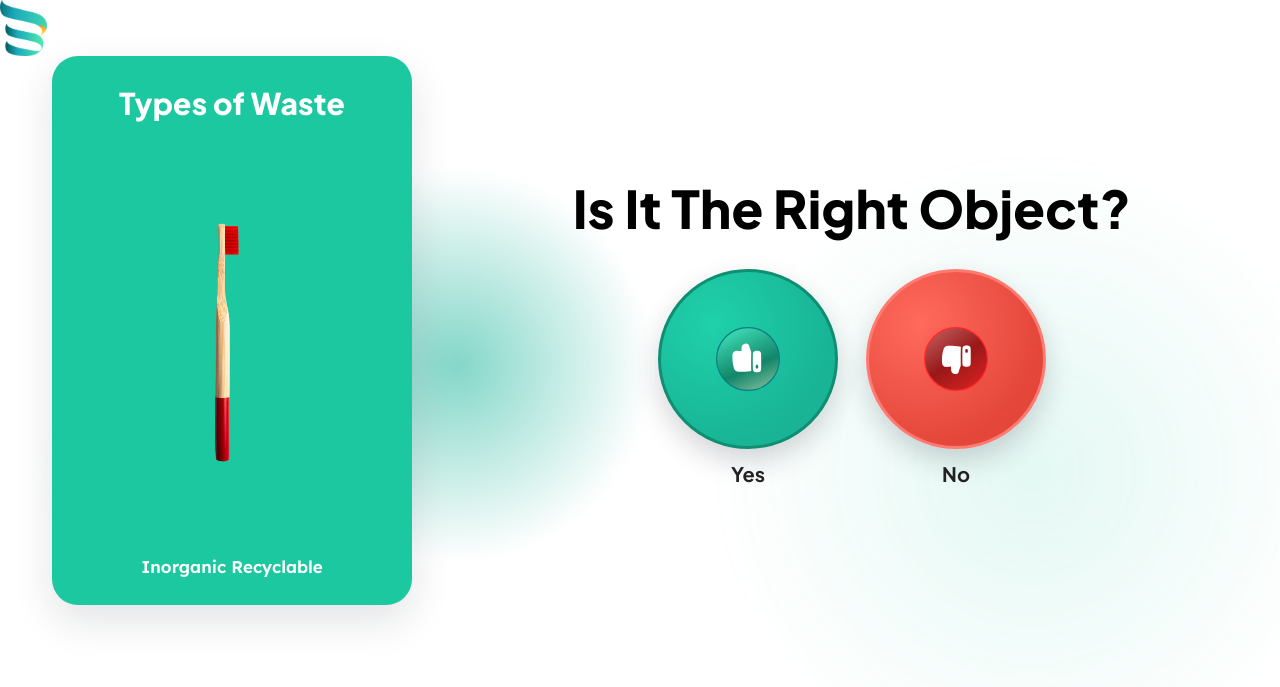
Repository: william-saputra/nusabin
Page: pages/products.html
The author's editor kept a copy of each file at every save. The page is drawn from the files as they stood at one save, then again after a run of saves.
The browser window is 1280 px wide. The pictures show the whole page.

Above is the page before, as saved 2025-08-13 10:56:38.

### pages/products.html
<!DOCTYPE html>
<html lang="en">
  <head>
    <meta charset="UTF-8" />
    <meta name="viewport" content="width=device-width, initial-scale=1.0" />
    <title>Nusabin – Products</title>
    <link href="https://fonts.googleapis.com/css2?family=Lexend:wght@400;600;700;800&family=Plus+Jakarta+Sans:wght@600;700;800&display=swap" rel="stylesheet" />
    <link rel="stylesheet" href="../styles/base.css" />
    <link rel="stylesheet" href="../styles/pages/products.css" />
  </head>
  <body>
    <div class="products-page">
      <header class="topbar">
        <img src="../assets/images/green_logo.png" alt="Nusabin" class="logo" />
        <div class="spacer"></div>
      </header>

      <main class="products-layout container">
        <section class="left-col">
          <article class="waste-card" aria-label="Types of Waste card">
            <h2 class="card-title">Types of Waste</h2>
            <div class="waste-visual">
              <img src="../assets/images/toothbrush.png" alt="Toothbrush" class="waste-image" />
            </div>
            <div class="waste-label">Inorganic Recyclable</div>
          </article>
        </section>

        <section class="right-col">
          <h1 class="page-heading">Is It The Right Object?</h1>
          <div class="actions" role="group" aria-label="Confirmation actions">
            <div class="action">
              <button class="round-btn yes" type="button" aria-label="Yes">
                <img src="../assets/icons/yes.svg" alt="Yes" />
              </button>
              <div class="btn-caption">Yes</div>
            </div>
            <div class="action">
              <button class="round-btn no" type="button" aria-label="No">
                <img src="../assets/icons/no.svg" alt="No" />
              </button>
              <div class="btn-caption">No</div>
            </div>
          </div>
        </section>
      </main>
    </div>
  </body>
  </html>

### styles/base.css
:root {
  --bg: #f6f9f8;
  --card: #ffffff;
  --text: #0b1220;
  --muted: #6b7280;
  --primary: #1cb59b;
  --danger: #e53935;
  --warning: #ffb74d;
  --ring: rgba(28, 181, 155, 0.35);
}

* { box-sizing: border-box; }
html, body { height: 100%; }
body {
  margin: 0;
  font-family: Lexend, Inter, system-ui, -apple-system, Segoe UI, Roboto, Helvetica, Arial, "Apple Color Emoji", "Segoe UI Emoji";
  color: var(--text);
  background: radial-gradient(1200px 700px at 70% 70%, #7ed8c4 0%, #b8efe5 35%, #f6f9f8 65%) no-repeat fixed;
}

/* Generic layout */
.homepage { padding: 24px; }
.topbar { display: flex; align-items: center; gap: 16px; }
.spacer { flex: 1 1 auto; }
.logo { height: 56px; }

.theme-toggle { display: flex; align-items: center; gap: 10px; font-weight: 600; }
.theme-toggle .label { opacity: 0.9; }

/* Toggle */
.switch { position: relative; display: inline-block; width: 54px; height: 30px; }
.switch input { display: none; }
.slider { position: absolute; cursor: pointer; top: 0; left: 0; right: 0; bottom: 0; background: #111; transition: .2s; border-radius: 999px; }
.slider:before { position: absolute; content: ""; height: 22px; width: 22px; left: 4px; bottom: 4px; background: #fff; transition: .2s; border-radius: 50%; }
input:checked + .slider { background: #cdd2d6; }
input:checked + .slider:before { transform: translateX(24px); }

/* Alerts */
.alerts { display: grid; grid-template-columns: 1fr; gap: 12px; margin: 18px 0; }
.alert { display: grid; grid-template-columns: auto 1fr auto; align-items: center; gap: 12px; padding: 8px 16px; border-radius: 50px; box-shadow: 0 8px 24px rgba(0,0,0,.06); font-family: Lexend, Inter, sans-serif; border: 1px solid currentColor; }
.alert .text { font-weight: 600; letter-spacing: .2px; }
.alert .close { appearance: none; border: 0; background: transparent; cursor: pointer; opacity: 0.6; font-size: 16px; color: inherit; }
.alert.pill[data-variant="danger"] { color: #FF2828; background: #FFECEC; }
.alert.pill[data-variant="warning"] { color: #EA800E; background: #FFF2E3; }
.alert-icon { flex: 0 0 auto; width: 40px; height: 40px; }

/* Align alerts: left and right margins consistent */
.left-col .alerts, .right-panel .alerts { margin: 16px 8px; }

/* Page bottom glow circle */
.page-bottom-decor { position: fixed; left: 50%; bottom: -180px; transform: translateX(-50%); width: 1200px; height: 1200px; border-radius: 50%; background: radial-gradient(closest-side, rgba(18,184,134,0.35), rgba(18,184,134,0) 70%); filter: blur(12px); pointer-events: none; z-index: -1; }

/* Main layout */
.layout { display: grid; grid-template-columns: 1.35fr 480px; gap: 24px; align-items: start; }
.left-col { display: block; }
.left-grid { display: grid; grid-template-columns: 1.7fr 1fr; gap: 18px; }

.card { background: var(--card); border-radius: 22px; padding: 28px; box-shadow: 0 6px 20px rgba(0,0,0,.06); position: relative; overflow: hidden; }
.card::before, .card::after { content: ""; position: absolute; pointer-events: none; border-radius: 50%; filter: blur(40px); opacity: 0.9; }
.card::before { width: 260px; height: 180px; top: -70px; right: 30px; background: radial-gradient(closest-side, rgba(255,189,57,0.55), rgba(255,189,57,0) 70%); }
.card::after  { width: 220px; height: 160px; top: -50px; left: 40%; transform: translateX(-50%); background: radial-gradient(closest-side, rgba(255,225,149,0.55), rgba(255,225,149,0) 70%); }
.card-buckets { display: block; background: #E2F6EC; min-height: 460px; }
.card-bucket-single { display: block; background: #E2F6EC; min-height: 460px; }

.bucket-group { display: grid; grid-template-columns: 1fr 1fr; gap: 36px; justify-items: center; }
.bucket-item { display: grid; justify-items: center; gap: 10px; }
.bucket-svg { width: 100%; max-width: 240px; height: auto; display: block; }
.bucket-static { pointer-events: none; }

.bucket-metrics { text-align: center; }
.bucket-metrics .percent { font-weight: 800; font-size: 28px; color: #12B886; }
.bucket-metrics .percent.danger { color: #F44336; }
.bucket-metrics .liter { color: #6C757D; font-size: 16px; }

.chip { display: inline-flex; flex-direction: column; align-items: center; gap: 4px; padding: 14px 22px; border-radius: 16px; background: #fff; border: 1.5px solid #0DC798; font-size: 22px; line-height: 1.1; min-height: 52px; min-width: 240px; }
.chip span { color: #6C757D; font-weight: 500; }
.chip strong { font-weight: 700; }
.chip-positive strong { color: #12B886; }
.chip-negative strong { color: #F44336; }
.chip {
  background-image: radial-gradient(circle at 20% 20%, rgba(13, 207, 173, 0.12) 0 20%, rgba(13, 207, 173, 0) 21%),
                    radial-gradient(circle at 80% 60%, rgba(13, 207, 173, 0.12) 0 20%, rgba(13, 207, 173, 0) 21%);
  background-size: 120px 120px, 140px 140px;
}

.chip-2line { font-size: 15px; }

.right-panel { display: grid; grid-template-rows: 1fr auto; gap: 18px; }
.right-panel { background: linear-gradient(180deg, #72c9bd 0%, #3ba79b 35%, #1b6f67 100%); padding: 20px; border-radius: 16px; }
.machine-wrapper { display: grid; place-items: center; background: linear-gradient(180deg, rgba(255,255,255,0.18), rgba(255,255,255,0)); border-radius: 16px; min-height: 400px; box-shadow: inset 0 0 0 1px rgba(255,255,255,0.15); }
.machine { max-width: 100%; height: auto; object-fit: contain; transform: scale(1.3); transform-origin: center; }

.status-panel { background: transparent; border-radius: 16px; padding: 0; display: grid; gap: 16px; }
.status-row { display: flex; align-items: center; justify-content: space-between; padding: 16px 18px; border-radius: 18px; }
.status-row .label { font-weight: 600; font-size: 24px; }
.status-row.variant-dark { background: #1f3b3f; color: #ffffff; }
.status-row.variant-light { background: #ffffff; color: #111; border: 3px solid #22c3a4; box-shadow: 0 8px 24px rgba(0,0,0,.08); }
.status-pill { border-radius: 999px; padding: 10px 22px; font-weight: 600; font-size: 18px; }
.pill-open { background: #f1c24e; color: #ffffff; border: 4px solid #ffffff; box-shadow: 0 2px 0 rgba(0,0,0,.06) inset; }
.pill-on { background: #ecfffb; color: #12b89a; border: 4px solid #12b89a; }

.clickable-area { cursor: pointer; }

/* Decorative half-circle with glow on the left bottom */
.left-col { position: relative; }
.left-col::after { content: ""; position: absolute; left: 50%; transform: translateX(-10%); bottom: -40px; width: 560px; height: 560px; border-bottom-left-radius: 560px; border-bottom-right-radius: 560px; border-top-left-radius: 560px; border-top-right-radius: 560px; background: radial-gradient(closest-side, rgba(28,181,155,0.55), rgba(28,181,155,0) 70%); filter: blur(6px); z-index: -1; }
.left-col::before { content: ""; position: absolute; left: 40%; transform: translateX(-50%); bottom: 20px; width: 380px; height: 220px; border-radius: 380px 380px 0 0; background: radial-gradient(closest-side, rgba(60,220,178,0.7), rgba(60,220,178,0) 70%); filter: blur(20px); z-index: -1; }

/* Dark mode */
.dark body, body.dark { background: radial-gradient(1200px 700px at 70% 70%, #0e3c3b 0%, #0f6b61 35%, #071b1a 65%); color: #e5f6f1; }
body.dark .card, body.dark .status-panel { background: #0a1414; color: #e6f5f1; }
body.dark .chip { background: #08201c; border-color: #0f3f36; }
body.dark .bucket-metrics .percent { color: #55e3c7; }
body.dark .status-row { background: #051010; }
body.dark .status-pill { background: #0b2a26; }

/* Utilities for specific wrappers that shouldn't navigate */
.no-nav { pointer-events: auto; }

@media (max-width: 1100px) {
  .layout { grid-template-columns: 1fr; }
  .right-panel { order: -1; }
}

### styles/pages/products.css
:root{
	--bg:#ffffff;
	--teal:#1CC8A0;
	--teal-deep:#13a887;
	--teal-ring:#0f8e72;
	--red:#e4473a;
	--red-ring:#ff7a70;
	--text:#000000;
	--muted:#666666;
}

*{box-sizing:border-box}
html,body{height:100%}
body{margin:0;font-family:Lexend,system-ui,Segoe UI,Roboto,Helvetica,Arial,sans-serif;color:var(--text);background:#fff}

/* subtle bottom-right green gradient (very soft) */
.products-page{min-height:100vh;position:relative}
.products-page::after{content:"";position:fixed;right:-200px;bottom:-200px;width:900px;height:900px;border-radius:50%;background:radial-gradient(closest-side, rgba(28,200,160,0.12), rgba(28,200,160,0) 70%);filter:blur(12px);pointer-events:none;z-index:-1}

.container{max-width:1240px;margin:0 auto;padding:0 32px}

/* Layout */
.products-layout{display:grid;grid-template-columns:360px 1fr;gap:64px;align-items:center}
.left-col,.right-col{display:block}

/* Waste card */
.waste-card{background:var(--teal);color:#fff;border-radius:26px;padding:28px;box-shadow:0 16px 40px rgba(16,24,40,0.12);display:flex;flex-direction:column;min-height:540px;align-items:center}
.card-title{margin:0 0 16px;font-weight:800;font-size:30px;letter-spacing:.2px;font-family:"Plus Jakarta Sans", Lexend, system-ui, sans-serif;text-align:center}
.waste-visual{flex:1 1 auto;display:grid;place-items:center;width:100%; height: 400px;}
.waste-image{max-height:70%;max-width:80%;height:auto;width:auto;object-fit:contain;margin:0 auto}
.waste-label{text-align:center;font-size:17px;font-weight:600;margin-top:auto;padding-top:18px;width:100%}

/* Right column */
.page-heading{margin:0 0 28px;font-weight:800;font-size:52px;letter-spacing:.2px;text-align:center;font-family:"Plus Jakarta Sans", Lexend, system-ui, sans-serif}
.actions{display:flex;align-items:center;justify-content:center;gap:28px}
.action{display:grid;justify-items:center;gap:12px}

.round-btn{appearance:none;border:0;cursor:pointer;border-radius:999px;width:180px;height:180px;display:grid;place-items:center;box-shadow:0 12px 28px rgba(16,24,40,0.18);transition:transform .15s ease, box-shadow .15s ease}
.round-btn img{width:64px;height:64px}
.round-btn:focus{outline:3px solid rgba(0,0,0,.15);outline-offset:3px}
.round-btn:hover{transform:scale(1.03);box-shadow:0 16px 36px rgba(16,24,40,0.22)}
.round-btn:active{transform:scale(.98)}

.round-btn.yes{background:radial-gradient(circle at 30% 30%, #1fd1aa, #18b495 70%);border:3px solid var(--teal-ring)}
.round-btn.no{background:radial-gradient(circle at 30% 30%, #ff6a5d, #e4473a 70%);border:3px solid var(--red-ring)}

.btn-caption{font-size:20px;font-weight:700;color:#222;font-family:"Plus Jakarta Sans", Lexend, system-ui, sans-serif}

@media (max-width:1100px){
	.products-layout{grid-template-columns:1fr;gap:32px}
	.page-heading{font-size:44px}
	.actions{gap:22px}
	.round-btn{width:156px;height:156px}
}

After the next 3 saves:
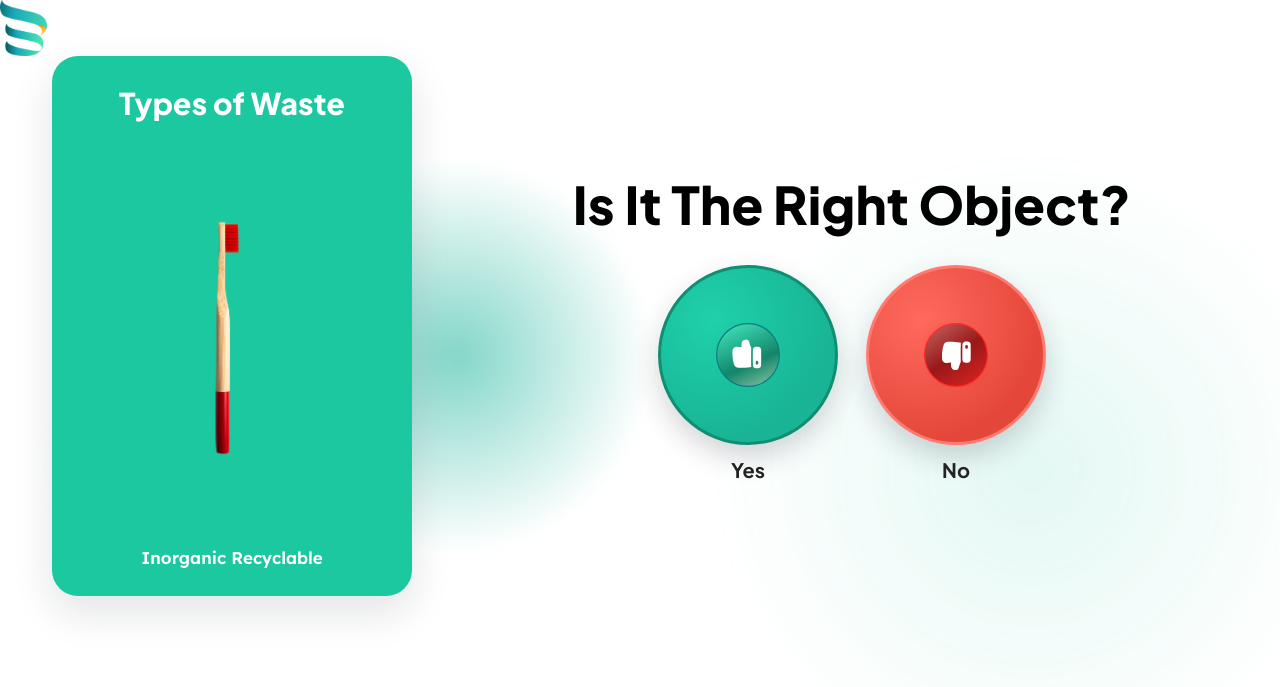
The 3 saves are shown as one change because they came seconds apart.
The last was saved 8 s later.
--- a/styles/pages/products.css
+++ b/styles/pages/products.css
@@ -26,7 +26,7 @@ body{margin:0;font-family:Lexend,system-ui,Segoe UI,Roboto,Helvetica,Arial,sans-
 /* Waste card */
 .waste-card{background:var(--teal);color:#fff;border-radius:26px;padding:28px;box-shadow:0 16px 40px rgba(16,24,40,0.12);display:flex;flex-direction:column;min-height:540px;align-items:center}
 .card-title{margin:0 0 16px;font-weight:800;font-size:30px;letter-spacing:.2px;font-family:"Plus Jakarta Sans", Lexend, system-ui, sans-serif;text-align:center}
-.waste-visual{flex:1 1 auto;display:grid;place-items:center;width:100%; height: 400px;}
+.waste-visual{flex:1 1 auto;display:grid;place-items:center;width:100%;}
 .waste-image{max-height:70%;max-width:80%;height:auto;width:auto;object-fit:contain;margin:0 auto}
 .waste-label{text-align:center;font-size:17px;font-weight:600;margin-top:auto;padding-top:18px;width:100%}
 
